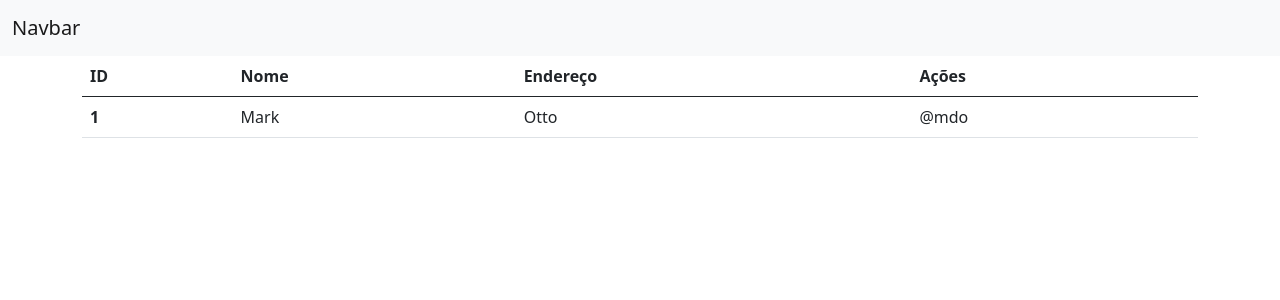
Repository: Luckycaat/eloquent-ORM
Page: http://localhost/clients
The author's editor kept a copy of each file at every save. The page is drawn from the files as they stood at one save, then again after the next save.
The browser window is 1280 px wide. The pictures show the whole page.
The page is served by the project's Laravel application, run on PHP 8.4 with Laravel 9. Other server files are loaded and not shown. Queries for data that is not in the repository find no rows.

Above is the page before, as saved 2022-09-20 14:47:02.

### routes/web.php
<?php

use App\Http\Controllers\ClientController;
use App\Http\Controllers\Saudacao;
use App\Http\Controllers\SiteController;

use Illuminate\Support\Facades\Route;

/*
|--------------------------------------------------------------------------
| Web Routes
|--------------------------------------------------------------------------
|
| Here is where you can register web routes for your application. These
| routes are loaded by the RouteServiceProvider within a group which
| contains the "web" middleware group. Now create something great!
|
*/

// Route::get('/', function () {
//     return view('welcome');
// });

Route::get('/', [SiteController::class, 'index']);
Route::get('/sobre', [SiteController::class, 'sobre']);
Route::get('/servicos', [SiteController::class, 'servicos']);
Route::get('/servico/{id}', [SiteController::class, 'servico']);

Route::get('/saudacao/{nome?}', Saudacao::class);

Route::get('/clients', [ClientController::class, 'index']);

### app/Http/Controllers/Saudacao.php
<?php

namespace App\Http\Controllers;

use Illuminate\Contracts\View\View;
use Illuminate\Http\Request;

class Saudacao extends Controller
{
    /**
     * Handle the incoming request.
     *
     * @param  string $nome
     * @return void
     */
    public function __invoke(string $nome = 'Pedro')
    {
        return view('saudacao', [
            'nome' => $nome,
        ]);
        // return view('saudacao')->with('nome', $nome);

    }
}

### app/Http/Controllers/ClientController.php
<?php

namespace App\Http\Controllers;

use Illuminate\Http\Request;
use App\Models\Client;

class ClientController extends Controller
{
    public function index()
    {
        $clients = Client::get();

        return view('clients.index', [
            'clients' => $clients,
        ]);
    }
}

### resources/views/clients/index.blade.php
<!doctype html>
<html lang="en">

<head>
    <!-- Required meta tags -->
    <meta charset="utf-8">
    <meta name="viewport" content="width=device-width, initial-scale=1">

    <!-- Bootstrap CSS -->
    <link href="https://cdn.jsdelivr.net/npm/bootstrap@5.0.2/dist/css/bootstrap.min.css" rel="stylesheet"
        integrity="sha384-EVSTQN3/azprG1Anm3QDgpJLIm9Nao0Yz1ztcQTwFspd3yD65VohhpuuCOmLASjC" crossorigin="anonymous">

    <title>Hello, world!</title>
</head>

<body>
    <nav class="navbar navbar-light bg-light">
        <div class="container-fluid">
            <a class="navbar-brand" href="#">Navbar</a>
        </div>
    </nav>

    <div class="container">
        <table class="table">
            <thead>
                <tr>
                    <th scope="col">ID</th>
                    <th scope="col">Nome</th>
                    <th scope="col">Endereço</th>
                    <th scope="col">Ações</th>
                </tr>
            </thead>
            <tbody>
                @foreach ($clients as $client)

                @endforeach
                <tr>
                    <th scope="row">1</th>
                    <td>Mark</td>
                    <td>Otto</td>
                    <td>@mdo</td>
                </tr>

            </tbody>
        </table>
    </div>

    <!-- Optional JavaScript; choose one of the two! -->

    <!-- Option 1: Bootstrap Bundle with Popper -->
    <script src="https://cdn.jsdelivr.net/npm/bootstrap@5.0.2/dist/js/bootstrap.bundle.min.js"
        integrity="sha384-MrcW6ZMFYlzcLA8Nl+NtUVF0sA7MsXsP1UyJoMp4YLEuNSfAP+JcXn/tWtIaxVXM" crossorigin="anonymous">
    </script>

    <!-- Option 2: Separate Popper and Bootstrap JS -->
    <!--
    <script src="https://cdn.jsdelivr.net/npm/@popperjs/core@2.9.2/dist/umd/popper.min.js"
        integrity="sha384-IQsoLXl5PILFhosVNubq5LC7Qb9DXgDA9i+tQ8Zj3iwWAwPtgFTxbJ8NT4GN1R8p" crossorigin="anonymous">
    </script>
    <script src="https://cdn.jsdelivr.net/npm/bootstrap@5.0.2/dist/js/bootstrap.min.js"
        integrity="sha384-cVKIPhGWiC2Al4u+LWgxfKTRIcfu0JTxR+EQDz/bgldoEyl4H0zUF0QKbrJ0EcQF" crossorigin="anonymous">
    </script>
    -->
</body>

</html>

Loaded but not shown: app/Http/Controllers/Controller.php (common file); app/Models/Client.php (common file)

After the next save:
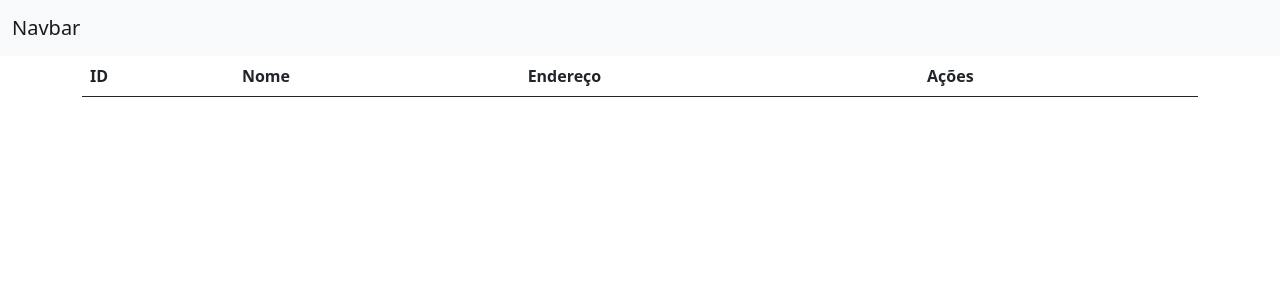
Saved 11 s later.
--- a/resources/views/clients/index.blade.php
+++ b/resources/views/clients/index.blade.php
@@ -32,15 +32,13 @@
             </thead>
             <tbody>
                 @foreach ($clients as $client)
-
+                    <tr>
+                        <th scope="row">1</th>
+                        <td>Mark</td>
+                        <td>Otto</td>
+                        <td>@mdo</td>
+                    </tr>
                 @endforeach
-                <tr>
-                    <th scope="row">1</th>
-                    <td>Mark</td>
-                    <td>Otto</td>
-                    <td>@mdo</td>
-                </tr>
-
             </tbody>
         </table>
     </div>
